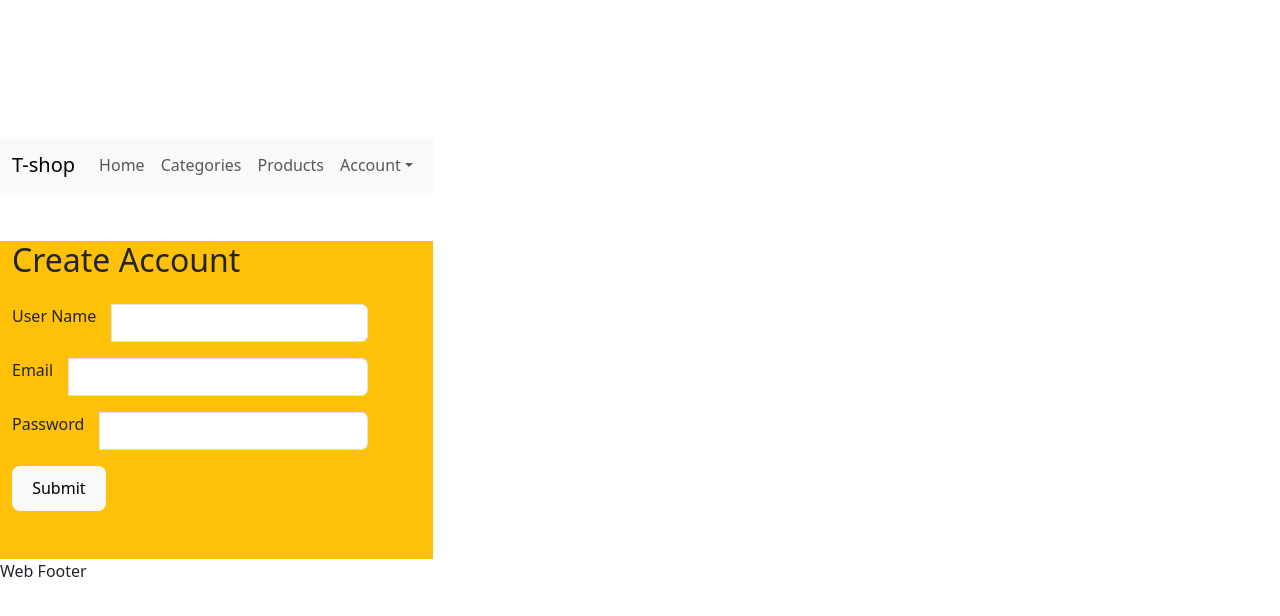
Repository: HadelAbdellatif/ecommerce1
Page: /register
These files come from the project's save history. The page is drawn as it stood at one moment and after a run of saves; the edit follows.
The browser window is 1280 px wide. The pictures show the whole page.
The project was rebuilt for these pictures with package versions that can differ from the ones it lists, and the page was loaded fresh each time. Also part of the build but not shown: vite.config.js, src/components/web/home/Home.jsx, src/components/web/categories/Categories.jsx, src/components/dashboard/navbar/Navbar.jsx, src/components/dashboard/footer/Footer.jsx, src/layouts/DashboardLayout.jsx, src/components/dashboard/home/Home.jsx, src/components/dashboard/categories/Categories.jsx.

Above is the page before, as saved 2023-11-25 15:08:38.

### src/main.jsx
import React from 'react'
import ReactDOM from 'react-dom/client'

import '../node_modules/bootstrap/dist/css/bootstrap.min.css'
import '../node_modules/bootstrap/dist/js/bootstrap.bundle.min.js'

import { ToastContainer } from 'react-toastify';
import 'react-toastify/dist/ReactToastify.css';

import App from './App.jsx'
import './index.css'

ReactDOM.createRoot(document.getElementById("root")).render(
  <App />
);

### src/App.jsx
import React from 'react'
import {router} from './layouts/Routes.jsx'
import axios from 'axios'
import { ToastContainer } from 'react-toastify';
import {createBrowserRouter, RouterProvider, } from "react-router-dom";



export default function App() {
  return (
    <RouterProvider router={router} />
  )
}

### src/layouts/Routes.jsx

import {createBrowserRouter, RouterProvider, } from "react-router-dom";

import Layout from "./Layout.jsx";
import Home from "./../components/web/home/Home.jsx";
import Categories from "./../components/web/categories/Categories.jsx";
import Register from "../components/web/register/Register.jsx";

import DashboardLayout from "../layouts/DashboardLayout.jsx";
import DashboardHome from "../components/dashboard/home/Home.jsx";
import DashboardCategories from "../components/dashboard/categories/Categories.jsx";


export const router = createBrowserRouter([
    {
      path: "/",
      element: <Layout />,
      children:[
        {
          path:'home',
          element: <Home />
        },
        {
          path:'categories',
          element: <Categories />
        },
        {
          path:'register',
          element: <Register />
        },
        {
          path:'*',
          element: <h2 className='fst-italic'>page not found --- web</h2>
        }
      ]
    },
    {
      path:"/dashboard",
      element: <DashboardLayout />,
      children:[
        {
          path:'home',
          element: <DashboardHome />
        },
        {
          path:'categories',
          element: <DashboardCategories />
        },
        {
          path:'*',
          element: <h2 className='fst-italic'>page not found --- dashboard</h2>
        }
      ]
    }

  ]);

### src/layouts/Layout.jsx
import React from 'react'
import Navbar from '../components/web/navbar/Navbar'
import Footer from '../components/web/footer/Footer'
import { Outlet } from 'react-router-dom'

export default function Layout() {
    return (
        <>
            <Navbar />
            <Outlet />
            <Footer />
        </>
    )
}

### src/components/web/register/Register.jsx
import React from 'react'
import Input from '../../shared/Input';
import { useFormik } from 'formik';
import { registerSchema } from '../Validate';

export default function Register() {

    const onSubmit = values => {
        console.log(values);
    }

    const initialValues = {
        userName: '',
        email: '',
        password: '',
    }

    const formik = useFormik({  //like backend
        initialValues
        ,
        onSubmit
        ,
        validationSchema: registerSchema
        /*  validate: values => {
              let errors = {};
              if (!values.userName) {
                  errors.userName = "user name is required";
              }
              if (!values.email) {
                  errors.email = "email is required";
              }
              if (!values.password) {
                  errors.password = "password is required";
              }

              return errors;
          }
          */
    });


    const inputs = [
        {
            id: 'username',
            type: 'text',
            name: 'userName',  //like backend
            title: 'User Name',
            value: formik.values.userName,  //like backend
        },
        {
            id: 'email',
            type: 'email',
            name: 'email', //like backend
            title: 'Email',
            value: formik.values.email, //like backend

        },
        {
            id: 'password',
            type: 'password',
            name: 'password', //like backend
            title: 'Password',
            value: formik.values.password, //like backend
        },
    ];


    const renderInputs = inputs.map((input, index) =>
        <Input
            type={input.type}
            id={input.id}
            name={input.name}
            title={input.title}
            value={input.value}
            onChange={formik.handleChange}
            errors={formik.errors}
            onBlur={formik.handleBlur}
            touched={formik.touched}
            key={index} />
    )


    return (
        <>
            <div className="container bg-warning">
                <h2 className='mt-5'>Create Account</h2>
                <div className='w-100 d-flex '>

                    <form className='mb-5' onSubmit={formik.handleSubmit}>
                        {renderInputs}

                        <button type='submit' disabled={!formik.isValid}>Submit</button>
                    </form>
                </div>
            </div>
        </>
    )
}

### src/components/web/navbar/Navbar.jsx
import React from 'react'
import { Link } from 'react-router-dom'

export default function Navbar() {
  return (
    <>
      <nav className="navbar navbar-expand-lg bg-body-tertiary">
        <div className="container">
          <a className="navbar-brand" href="#">T-shop</a>
          <button className="navbar-toggler" type="button" data-bs-toggle="collapse" data-bs-target="#navbarSupportedContent" aria-controls="navbarSupportedContent" aria-expanded="false" aria-label="Toggle navigation">
            <span className="navbar-toggler-icon" />
          </button>
          <div className="collapse navbar-collapse" id="navbarSupportedContent">
            <ul className="navbar-nav m-auto mb-2 mb-lg-0">

              <li className="nav-item">
                <a className="nav-link" href="#">Home</a>
              </li>


              <li className="nav-item">
                <a className="nav-link" href="#">Categories</a>
              </li>


              <li className="nav-item">
                <a className="nav-link" href="#">Products</a>
              </li>


            </ul>
            <ul className="navbar-nav">
              <li className="nav-item dropdown">
                <a className="nav-link dropdown-toggle" href="#" role="button" data-bs-toggle="dropdown" aria-expanded="false">
                  Account
                </a>
                <ul className="dropdown-menu ">
                  <li><Link  to={"/register"} className="dropdown-item" href="#">register</Link></li>
                  <li><hr className="dropdown-divider" /></li>
                  <li><a className="dropdown-item" href="#">login</a></li>
                </ul>
              </li>
            </ul>

          </div>
        </div>
      </nav>

    </>
  )
}

### src/components/web/footer/Footer.jsx
import React from 'react'

export default function Footer() {
  return (
    <div>Web Footer</div>
  )
}

### src/components/shared/Input.jsx
import React from 'react'

export default function Input({ id, title, type = 'text', name, value, onChange, errors, onBlur, touched }) {
    return (
        <>
            <div className="input-group my-3">
                <label htmlFor={id} className='me-3'>{title}</label>
                <input type={type} name={name} className="form-control" id={id} value={value} onChange={onChange} onBlur={onBlur}/>
                {touched[name] && errors[name] && <p className='text text-danger'>{errors[name]}</p>}
            </div>
        </>
    )
}

### src/components/web/Validate.js
import * as yup from 'yup';

export const registerSchema = yup.object({
    userName: yup.string().required("username is required").min(3, "must be at least 3 char").max(30, "max is 30 char"),
    email: yup.string().required("email is required").email(),
    password: yup.string().required("password is required").min(3, "must be at least 3 char").max(30, "max is 30 char"),

})

Loaded but not shown: index.html (common file); src/index.css (common file)

After the next 2 saves:
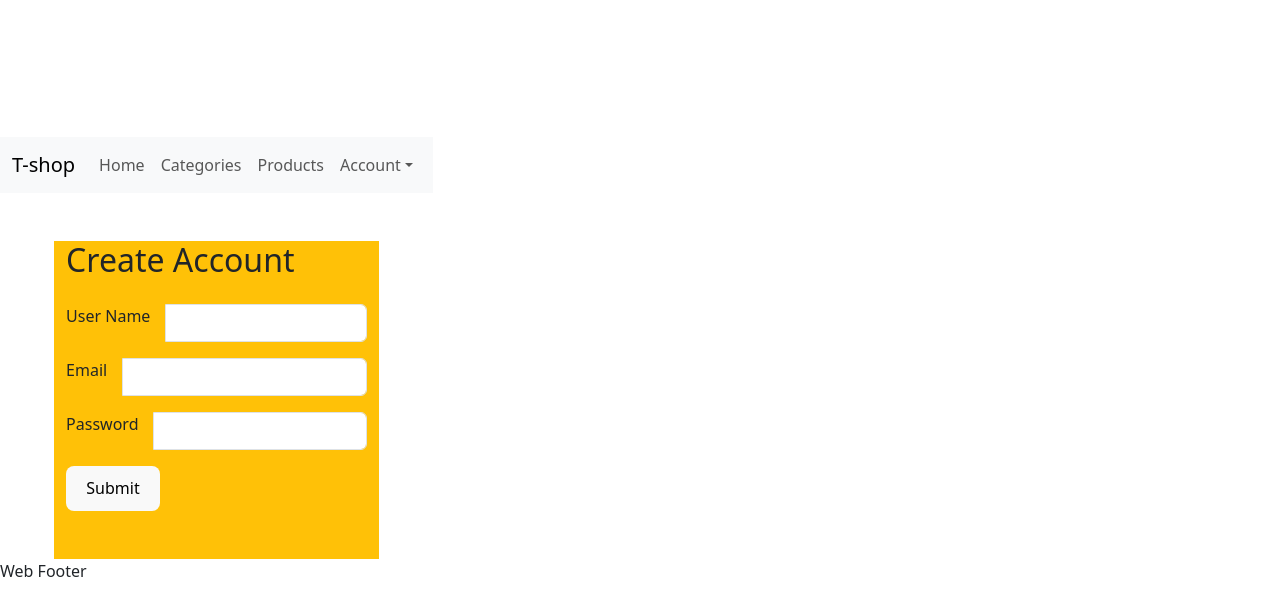
The 2 saves are shown as one change because they came seconds apart.
The last was saved 11 s later.
--- a/src/components/web/register/Register.jsx
+++ b/src/components/web/register/Register.jsx
@@ -82,7 +82,7 @@ export default function Register() {
 
     return (
         <>
-            <div className="container bg-warning">
+            <div className="container bg-warning w-75">
                 <h2 className='mt-5'>Create Account</h2>
                 <div className='w-100 d-flex '>
 
